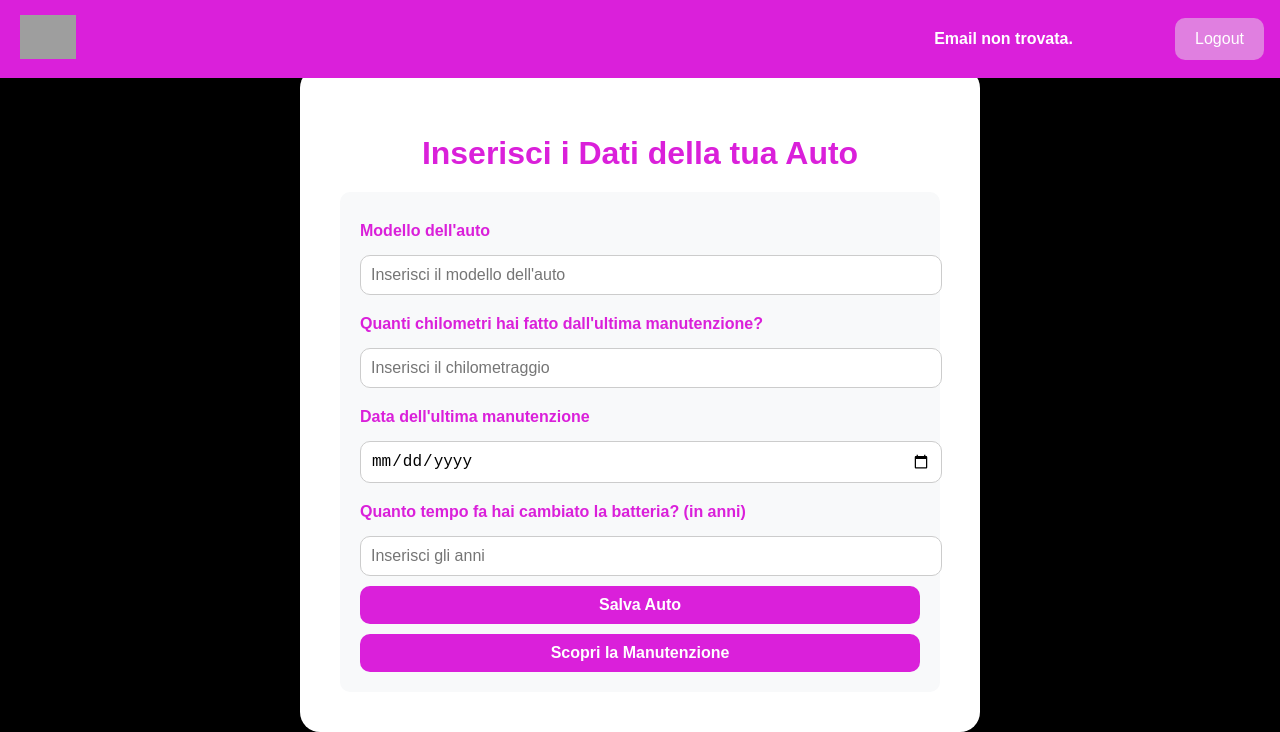
Repository: maxdl98/AppAuto
Page: http://localhost/index
The author's editor kept a copy of each file at every save. The page is drawn from the files as they stood at one save, then again after the next save.
The browser window is 1280 px wide. The pictures show the whole page.
Pictures or frames that could not be fetched are drawn as grey boxes. The page is this project's Thymeleaf template; nobody is signed in. The template is opened directly, without the code that normally fills it, so the values that code supplies are empty.

Above is the page before, as saved 2025-01-13 15:04:12.

After the next save:
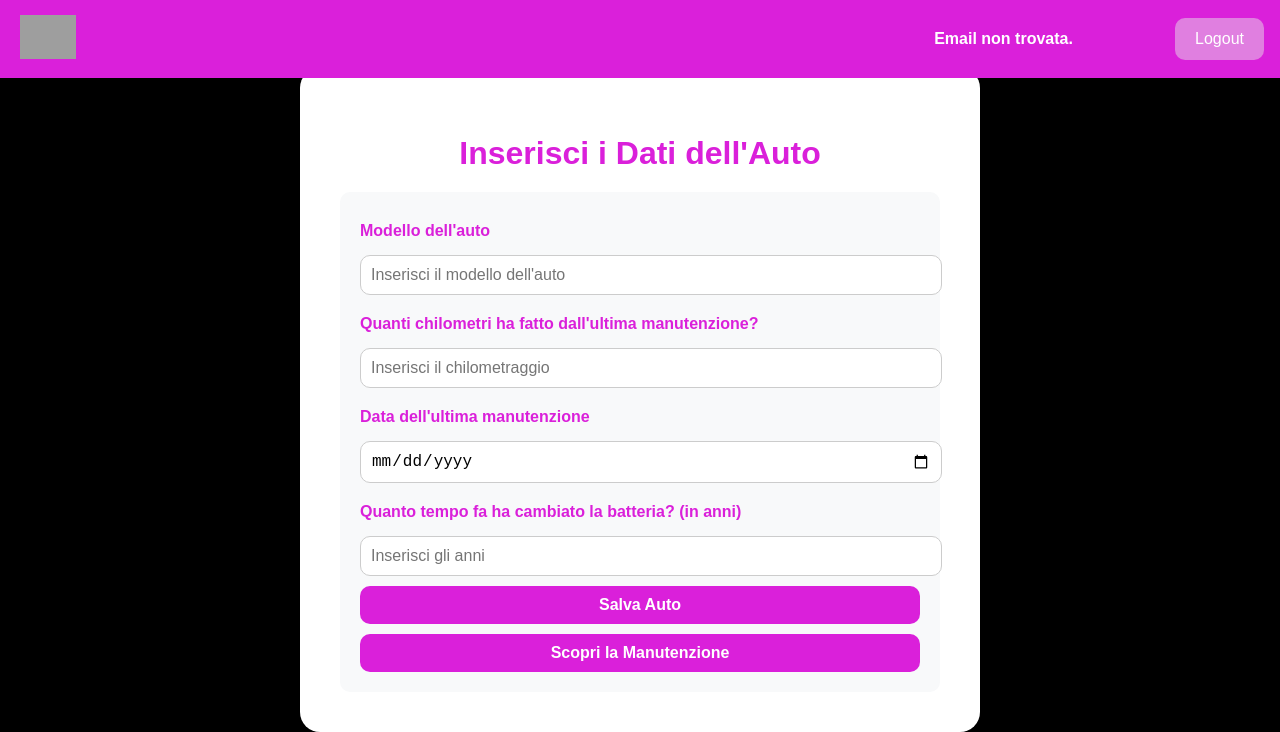
Saved 20 h 30 min later.
--- a/AutoApp/src/main/resources/templates/index.html
+++ b/AutoApp/src/main/resources/templates/index.html
@@ -145,19 +145,19 @@
 
     <!-- Contenitore principale -->
     <div class="container">
-        <h2>Inserisci i Dati della tua Auto</h2>
+        <h2>Inserisci i Dati dell'Auto</h2>
 
         <div class="auto-form">
             <label for="model">Modello dell'auto</label>
             <input type="text" id="model" placeholder="Inserisci il modello dell'auto">
 
-            <label for="mileage">Quanti chilometri hai fatto dall'ultima manutenzione?</label>
+            <label for="mileage">Quanti chilometri ha fatto dall'ultima manutenzione?</label>
             <input type="number" id="mileage" placeholder="Inserisci il chilometraggio">
 
             <label for="maintenanceDate">Data dell'ultima manutenzione</label>
             <input type="date" id="maintenanceDate">
 
-            <label for="batteryDuration">Quanto tempo fa hai cambiato la batteria? (in anni)</label>
+            <label for="batteryDuration">Quanto tempo fa ha cambiato la batteria? (in anni)</label>
             <input type="number" id="batteryDuration" placeholder="Inserisci gli anni">
 
             <!-- Pulsante per salvare l'auto -->
